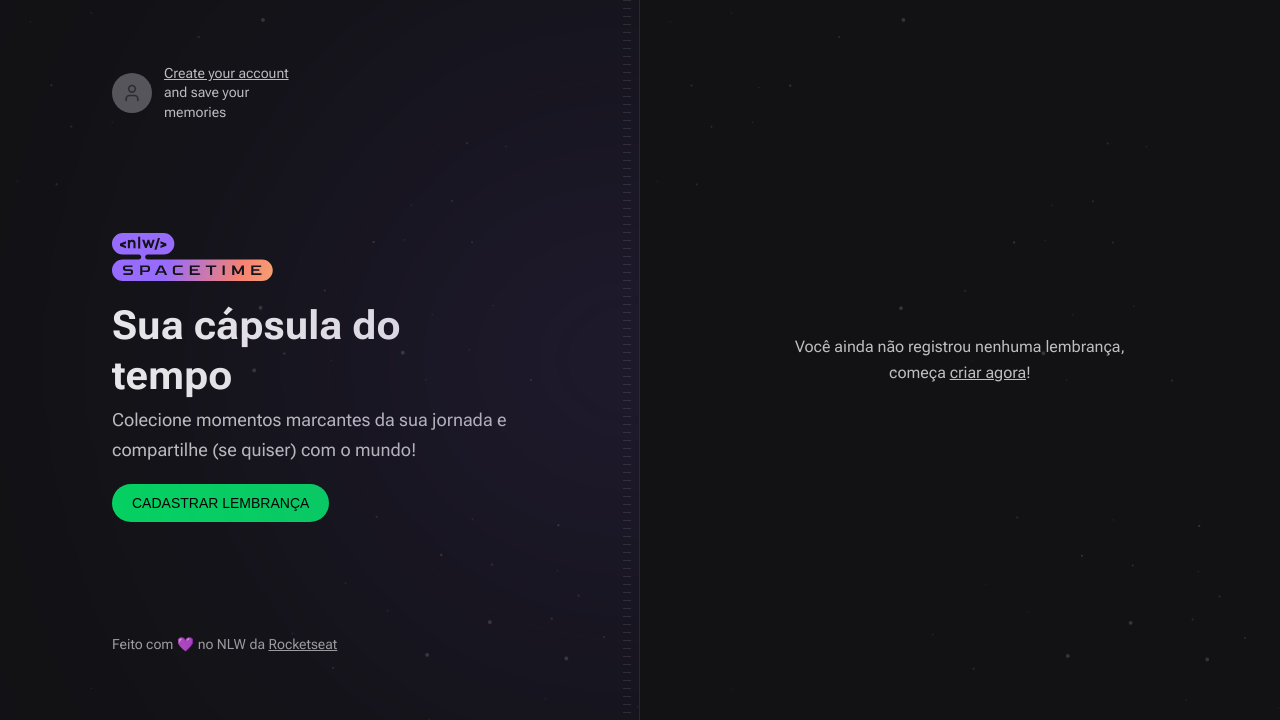
Repository: alexandrecpedro/spacetime
Page: / (app in frontend/)
These files come from the project's save history. The page is drawn as it stood at one moment and after the next save; the edit follows.
The browser window is 1280 px wide. The pictures show the whole page.
Some web fonts or font styles are not loaded; a fallback is used. The project was rebuilt for these pictures with package versions that can differ from the ones it lists, and the page was loaded fresh each time. The framework's server and built-in components were replaced by stand-ins that run in the browser. Also part of the build but not shown: frontend/next.config.js.

Above is the page before, as saved 2023-05-16 21:32:20.

### frontend/src/app/layout.tsx
import './globals.css'
import { ReactNode } from 'react'
import {
  Roboto_Flex as Roboto,
  Bai_Jamjuree as BaiJamjuree,
} from 'next/font/google'
import { NextFontWithVariable } from 'next/dist/compiled/@next/font'

const roboto: NextFontWithVariable = Roboto({
  subsets: ['latin'],
  variable: '--font-roboto',
})

const baiJamjuree: NextFontWithVariable = BaiJamjuree({
  subsets: ['latin'],
  weight: '700',
  variable: '--font-bai-jamjuree',
})

export const metadata = {
  title: 'NLW Spacetime',
  description:
    'A time capsule built with React, Next.js, TailwindCSS and Typescript.',
}

export default function RootLayout({ children }: { children: ReactNode }) {
  return (
    <html lang="en">
      <body
        className={`${roboto.variable} ${baiJamjuree.variable} bg-gray-900 font-sans text-gray-100`}
      >
        {children}
      </body>
    </html>
  )
}

### frontend/src/app/page.tsx
import { User } from 'lucide-react'

import nlwLogo from '../assets/nlw-spacetime-logo.svg'
import Image from 'next/image'

export default function Home() {
  return (
    <main className="grid min-h-screen grid-cols-2">
      {/* Left */}
      <div className="relative flex flex-col items-start justify-between overflow-hidden border-r border-white/10 bg-[url(../assets/bg-stars.svg)] bg-cover px-28 py-16">
        {/* Blur */}
        <div className="absolute right-0 top-1/2 h-[288px] w-[526px] -translate-y-1/2 translate-x-1/2 rounded-full bg-purple-700 opacity-50 blur-full" />

        {/* Stripes */}
        <div className="absolute bottom-0 right-2 top-0 w-2 bg-stripes" />

        {/* Sign In */}
        <a
          href=""
          className="flex items-center gap-3 text-left transition-colors hover:text-gray-50"
        >
          <div className="flex h-10 w-10 items-center justify-center rounded-full bg-gray-400">
            <User className="h-5 w-5 text-gray-500" />
          </div>

          <p className="max-w-[140px] text-sm leading-snug">
            <span className="underline">Create your account</span> and save your
            memories
          </p>
        </a>

        {/* Hero */}
        <div className="space-y-5">
          <Image src={nlwLogo} alt="NLW Spacetime" />

          <div className="max-w-[420px] space-y-1">
            <h1 className="text-5xl font-bold leading-tight text-gray-50">
              Sua cápsula do tempo
            </h1>
            <p className="text-lg leading-relaxed">
              Colecione momentos marcantes da sua jornada e compartilhe (se
              quiser) com o mundo!
            </p>
          </div>

          <a
            className="inline-block rounded-full bg-green-500 px-5 py-3 font-alt text-sm uppercase leading-none text-black hover:bg-green-600"
            href=""
          >
            CADASTRAR LEMBRANÇA
          </a>
        </div>

        {/* Copyright */}
        <div className="text-sm leading-relaxed text-gray-200">
          Feito com 💜 no NLW da{' '}
          <a
            target="_blank"
            rel="noreferrer"
            className="underline hover:text-gray-100"
            href="https://rocketseat.com.br"
          >
            Rocketseat
          </a>
        </div>
      </div>

      {/* Right */}
      <div className="flex flex-col bg-[url(../assets/bg-stars.svg)] bg-cover p-16">
        <div className="flex flex-1 items-center justify-center">
          <p className="w-[360px] text-center leading-relaxed">
            Você ainda não registrou nenhuma lembrança, começa{' '}
            <a href="" className="underline hover:text-gray-50">
              criar agora
            </a>
            !
          </p>
        </div>
      </div>
    </main>
  )
}

Loaded but not shown: frontend/src/app/globals.css (common file); frontend/tailwind.config.js (common file)

After the next save:
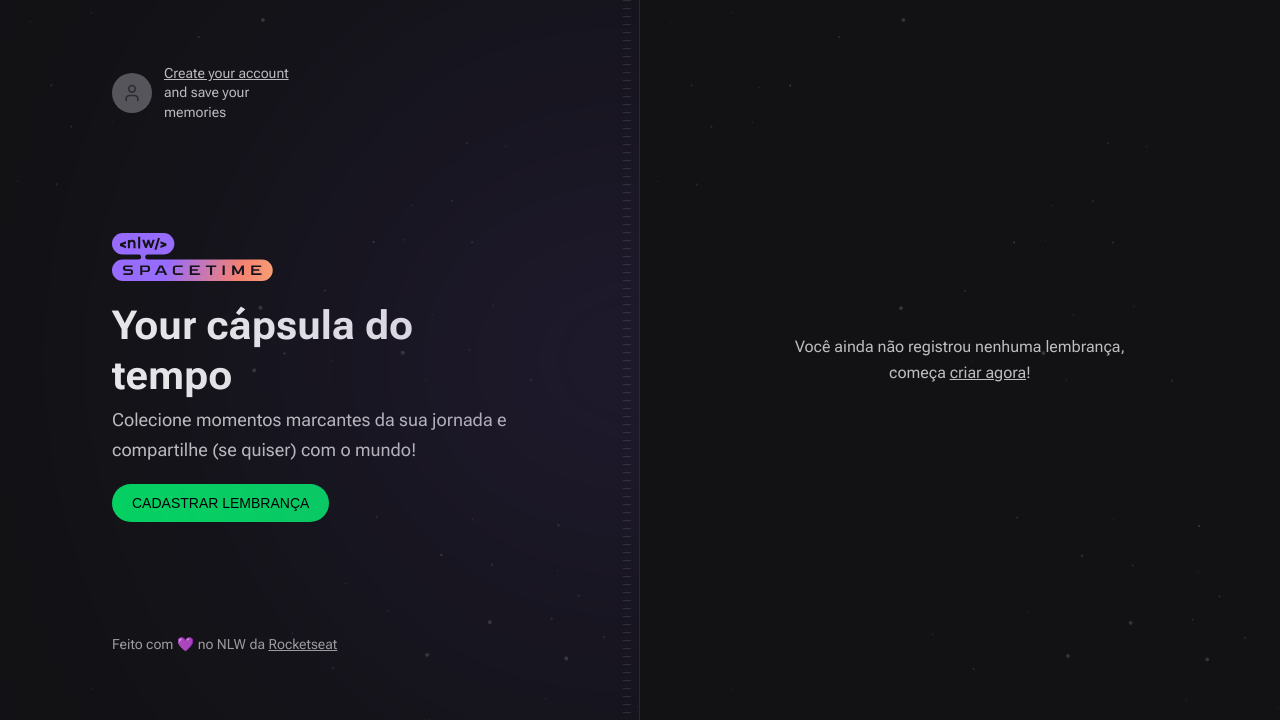
Saved 7 s later.
--- a/frontend/src/app/page.tsx
+++ b/frontend/src/app/page.tsx
@@ -35,7 +35,7 @@ export default function Home() {
 
           <div className="max-w-[420px] space-y-1">
             <h1 className="text-5xl font-bold leading-tight text-gray-50">
-              Sua cápsula do tempo
+              Your cápsula do tempo
             </h1>
             <p className="text-lg leading-relaxed">
               Colecione momentos marcantes da sua jornada e compartilhe (se
